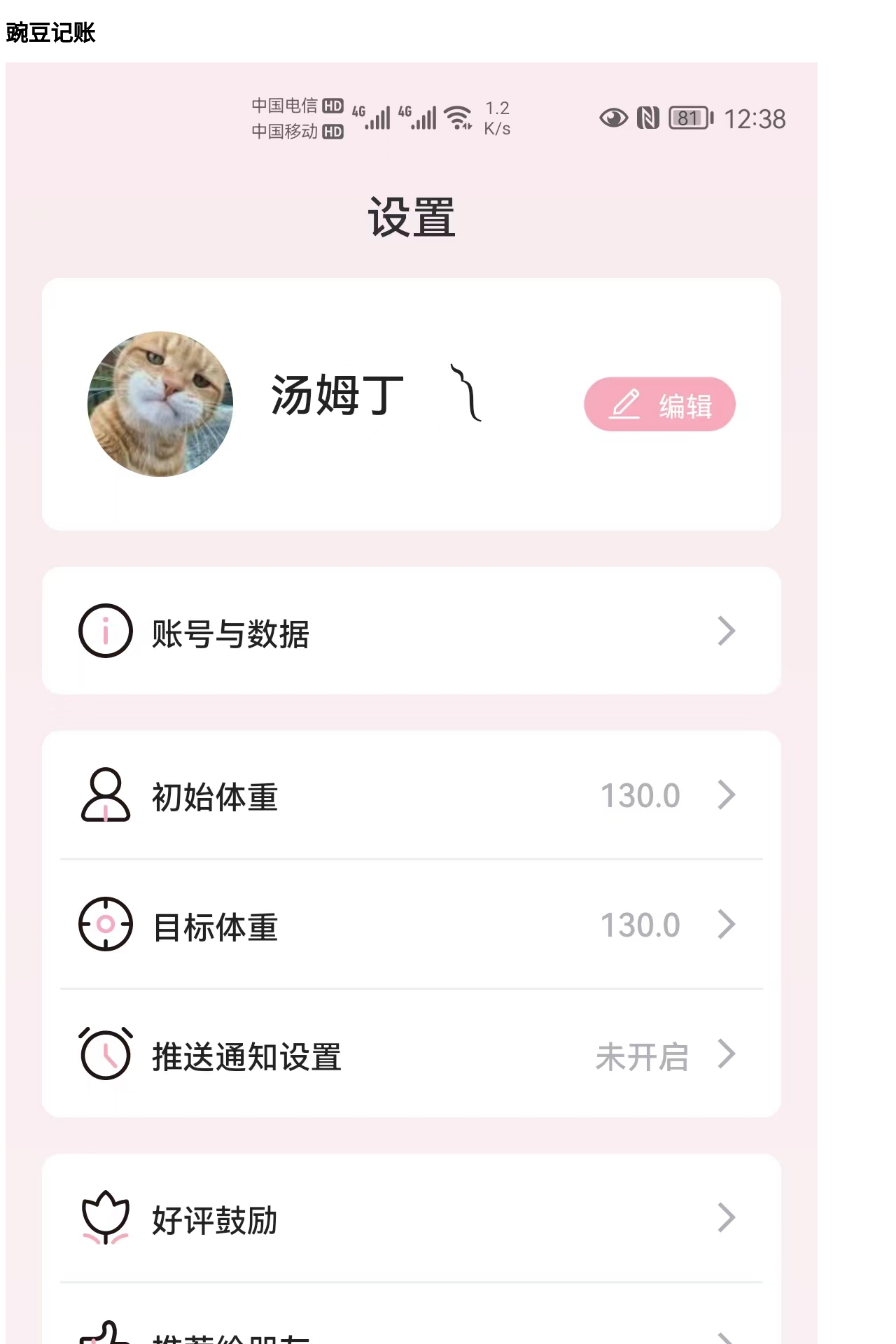
Repository: lovexinforever/weight_web
Page: index.html
The author's editor kept a copy of each file at every save. The page is drawn from the files as they stood at one save, then again after the next save.
The browser window is 1280 px wide. The pictures show the part of the page from y = 0 to 1920 px (the page is 2801 px tall before and 2792 px after), at 70% of full size.

Above is the page before, as saved 2022-05-06 12:43:24.

After the next save:
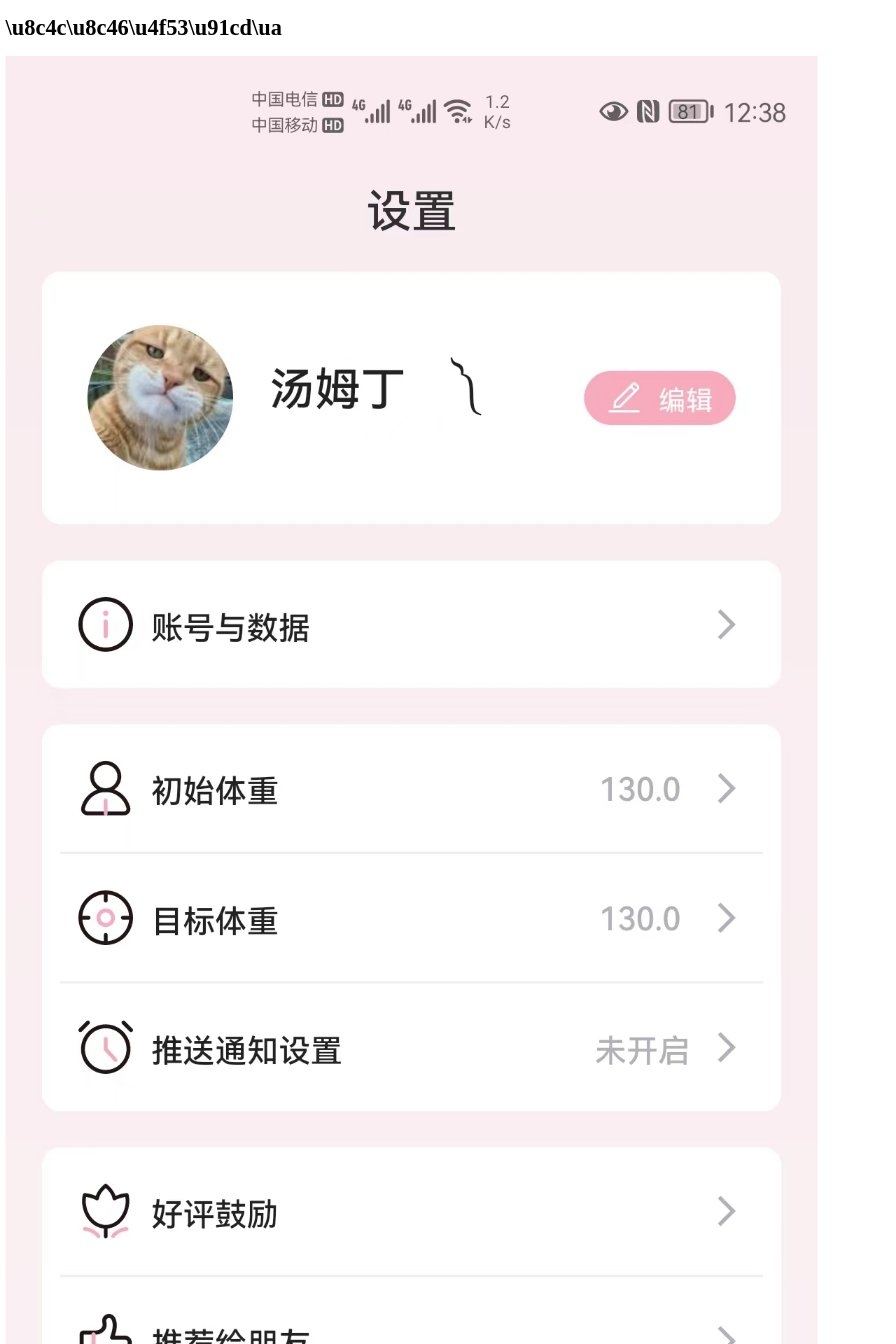
Saved 103 s later.
--- a/index.html
+++ b/index.html
@@ -1,8 +1,8 @@
 <!DOCTYPE html>
 <html>
-    <title>豌豆记账</title>
+    <title>\u8c4c\u8c46\u4f53\u91cd\ua</title>
     <body>
-        <h1>豌豆记账</h1>
+        <h1>\u8c4c\u8c46\u4f53\u91cd\ua</h1>
         <div>
             <img src="images/WechatIMG232.jpeg"/>
         </div>

After the 2 saves that followed:
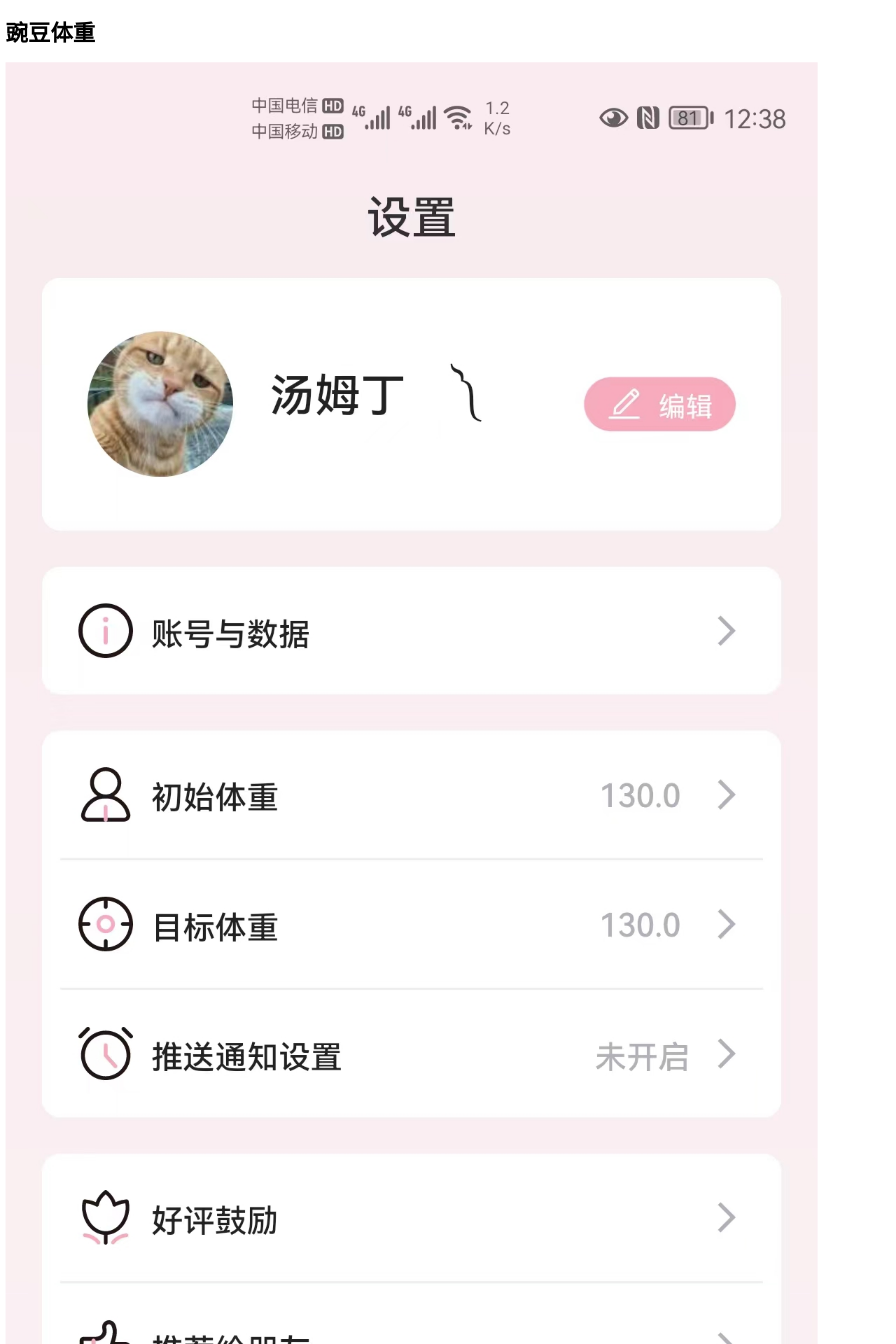
The 2 saves are shown as one change because 1 left the picture as it was.
The last was saved 4 min 7 s later.
--- a/index.html
+++ b/index.html
@@ -1,8 +1,8 @@
 <!DOCTYPE html>
-<html>
-    <title>\u8c4c\u8c46\u4f53\u91cd\ua</title>
+<html lang="zh">
+    <title>豌豆体重</title>
     <body>
-        <h1>\u8c4c\u8c46\u4f53\u91cd\ua</h1>
+        <h1>豌豆体重</h1>
         <div>
             <img src="images/WechatIMG232.jpeg"/>
         </div>
